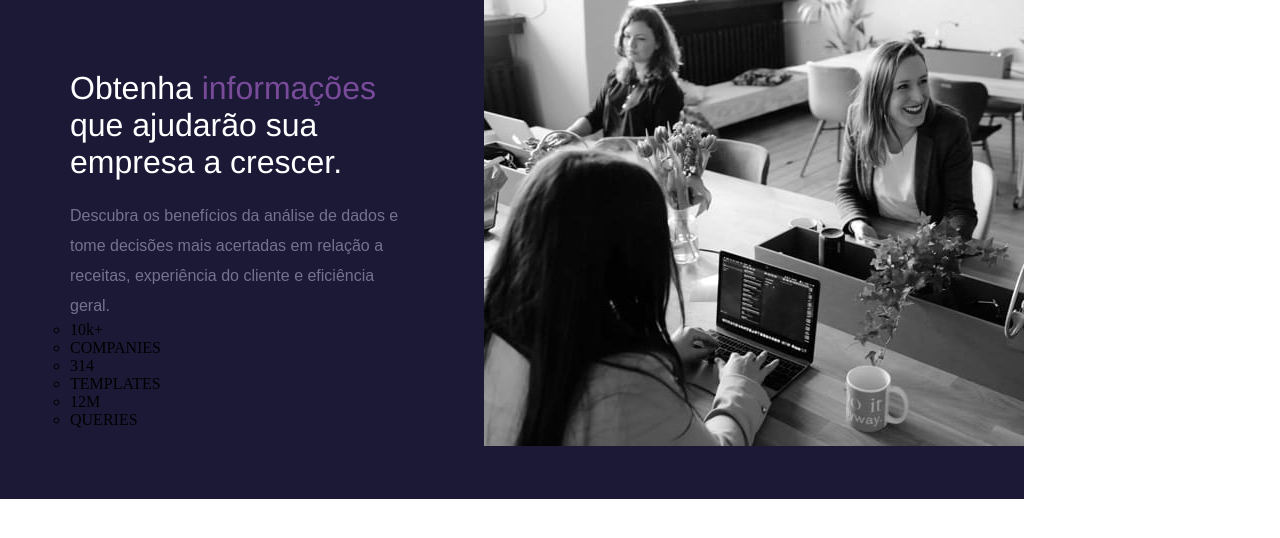
Repository: caique2512/componentes-de-estatisticas
Page: index.html
These files come from the project's save history. The page is drawn as it stood at one moment and after the next save; the edit follows.
The browser window is 1280 px wide. The pictures show the whole page.

Above is the page before, as saved 2026-03-03 17:19:54.

### index.html
<!DOCTYPE html>
<html lang="pt-br">
<head>
    <meta charset="UTF-8">
    <meta name="viewport" content="width=device-width, initial-scale=1.0">
    <title>Estatisticas</title>
    <link rel="stylesheet" href="src/reset.css">
    <link rel="stylesheet" href="src/estilos.css">
</head>
<body>
    <main class="conteudo">
        <div class="conteudo-principal">
            <h1 class="titulo">Obtenha <span>informações</span> que ajudarão sua empresa a crescer.</h1>
            <p class="subtitulo">Descubra os benefícios da análise de dados e tome decisões mais acertadas em relação a receitas, experiência do cliente e eficiência geral.</p>
            <ul class="estatisticas">
                <ul class="item1">
                    <li class="descricao">10k+</li>
                    <li>COMPANIES</li>
                </ul>
                <ul class="item2">
                    <li class="descricao">314</li>
                    <li>TEMPLATES</li>
                </ul>
                <ul class="item3">
                    <li class="descricao">12M</li>
                    <li>QUERIES</li>
                </ul>
            </ul>
        </div>
        <picture class="img">
            <img src="./images/image-header-desktop.jpg" alt="Mulheres no escritório">
        </picture>
    </main>
</body>
</html>

### src/estilos.css
.conteudo {
    background-color: #1C1937;
    display: flex;
    max-width: calc(100% - 20%);
}

.conteudo-principal {
    padding: 70px;
    width: 500px;
}

.conteudo-principal .titulo {
    color: white;
    font-weight: 100;
    font-family: 'Franklin Gothic Medium', 'Arial Narrow', Arial, sans-serif;
    margin-bottom: 20px;
}

.conteudo-principal .titulo span {
    color: #784B99;
}

.conteudo-principal .subtitulo {
    color: #74728e;
    font-family: Arial, Helvetica, sans-serif;
    line-height: 1.88rem;
}

Loaded but not shown: src/reset.css (common file)

After the next save:
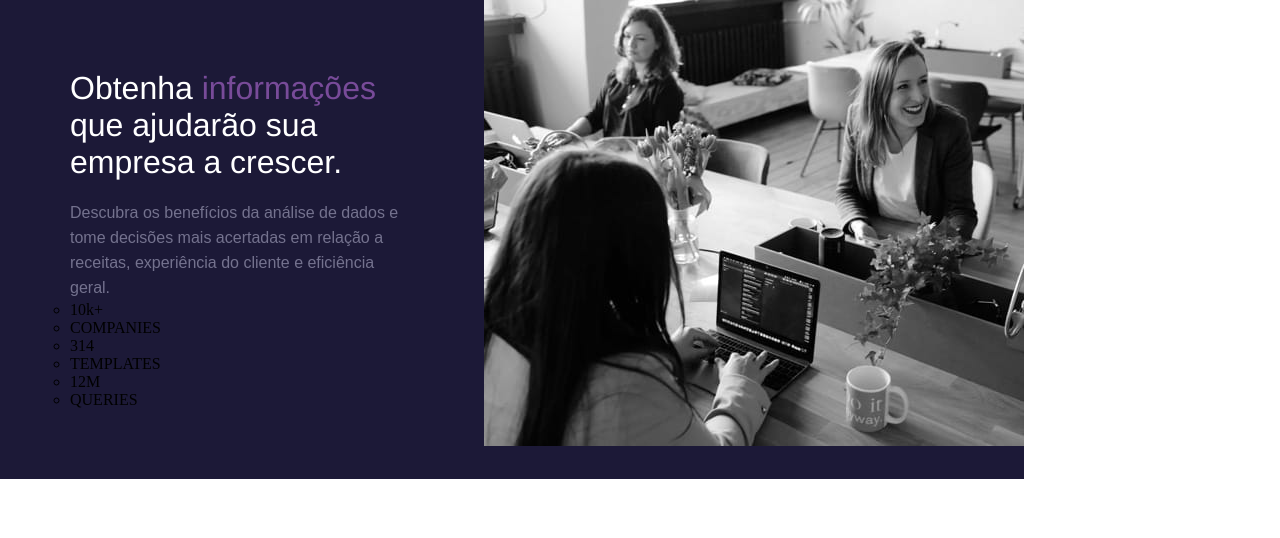
Saved 4 s later.
--- a/src/estilos.css
+++ b/src/estilos.css
@@ -23,5 +23,5 @@
 .conteudo-principal .subtitulo {
     color: #74728e;
     font-family: Arial, Helvetica, sans-serif;
-    line-height: 1.88rem;
+    line-height: 1.56rem;
 }
